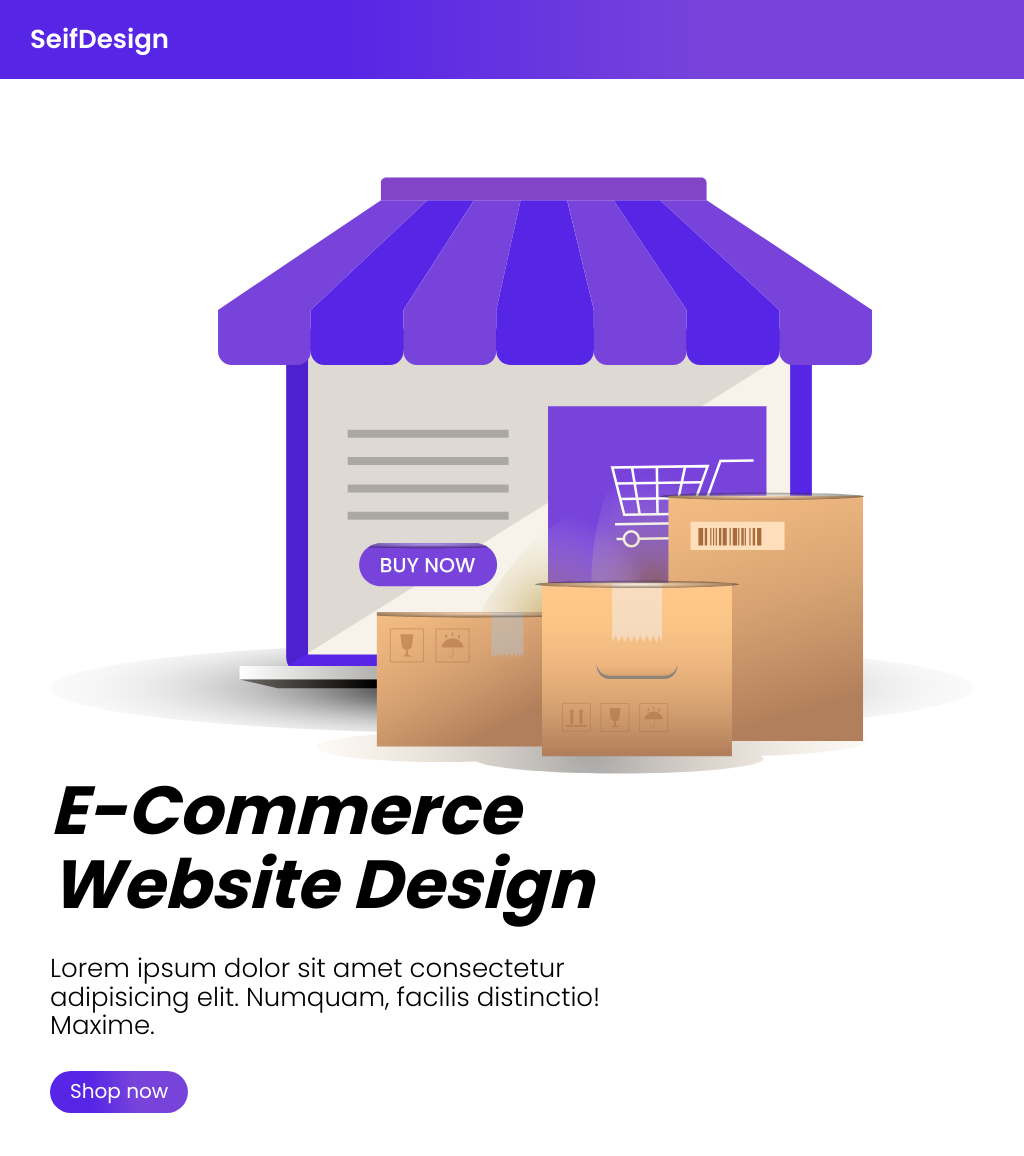
Repository: MehdiKerimov/figma-task-19
Page: pages/homePage/index.html
These files come from the project's save history. The page is drawn as it stood at one moment and after a run of saves; the edit follows.
The browser window is 1024 px wide. The pictures show the whole page.
The style sheet was rebuilt from its Sass, Less or Tailwind sources for each picture, by a compiler version that may differ from the author's.

Above is the page before, as saved 2024-01-20 15:36:13.

### pages/homePage/index.html
<!DOCTYPE html>
<html lang="en">
  <head>
    <meta charset="UTF-8" />
    <meta name="viewport" content="width=device-width, initial-scale=1.0" />
    <title>Document</title>
    <link rel="stylesheet" href="../../assets/css/reset.css" />
    <link rel="stylesheet" href="index.css" />
  </head>
  <body>
    <div class="container">
      <nav>
        <h1>SeifDesign</h1>
        <ul>
          <li>
                    <a href="">Product</a>

          </li>
          <li>
                    <a href="">Pricing</a>

          </li>
          <li>        <a href="">Contact</a>
</li>
        </ul>
        <button class="open-btn">
          <svg xmlns="http://www.w3.org/2000/svg" width="37" height="38" viewBox="0 0 37 38" fill="none">
            <rect y="9.5" width="37" height="3" rx="1.5" fill="#D9D9D9"/>
            <rect y="17.5" width="37" height="3" rx="1.5" fill="#D9D9D9"/>
            <rect y="25.5" width="37" height="3" rx="1.5" fill="#D9D9D9"/>
          </svg>
        </button>
      </nav>
      <main>
        <div class="left-container">
          <h2>E-Commerce Website Design</h2>
          <p>
            Lorem ipsum dolor sit amet consectetur adipisicing elit. Numquam,
            facilis distinctio! Maxime.
          </p>
          <button><a href="">Shop now</a></button>
        </div>

        <img src="../../assets/images/Group (3).svg" alt="" />
      </main>
    </div>
  </body>
</html>

### assets/css/reset.css
*{
    margin: 0;
    padding: 0;
    box-sizing: border-box;
}

button{
    border: none;
    background: none;
}
a{
    text-decoration: none;
}

### pages/homePage/index.scss
@import url("https://fonts.googleapis.com/css2?family=Poppins:wght@300;400;600;700&display=swap");
.container {
  min-height: 100vh;
  /* padding: 30px 30px 43px 30px; */
  nav {
    padding: 20px 30px;
    display: flex;
    justify-content: space-between;
    background: linear-gradient(270deg, #7743db 31.64%, #5725e5 66.78%);
    h1 {
      color: #fff;
      font-family: Poppins;
      font-size: 26px;
      font-style: normal;
      font-weight: 600;
      line-height: normal;
    }
    ul{
      display: flex;
      @media screen and (max-width:1024px) {
      display: none;;
      }
      a {
        text-decoration: none;
        margin-left: 200px;
        color: #fff;
        text-align: center;
        font-family: Poppins;
        font-size: 24px;
        font-style: normal;
        font-weight: 300;
        line-height: normal;
      }
    }
.open-btn{
display: none;
@media screen and (max-width:1024px) {
  flex-direction: column-reverse;
}
}
  }
  main {
    display: flex;
    padding: 98px 50px 43px 50px;
    @media screen and (max-width:1024px) {
      flex-direction: column-reverse;
    }
    h2 {
      width: 608px;
      font-family: Poppins;
      font-size: 68px;
      font-style: italic;
      font-weight: 700;
      line-height: 109%;
    }
    p {
      margin-top: 32px;
      margin-bottom: 32px;
      width: 608px;
      color: #000;
      font-family: Poppins;
      font-size: 26px;
      font-style: normal;
      font-weight: 300;
      line-height: 109%;
    }
    button {
      padding: 10px 20px;
      border-radius: 25px;
      background: linear-gradient(263deg, #7743db 38.81%, #5725e5 70.24%);
      a {
        color: #fff;
        font-family: Poppins;
        font-size: 20px;
        font-style: normal;
        font-weight: 400;
        line-height: 109%;
      }
    }
  }
}

After the next 2 saves:
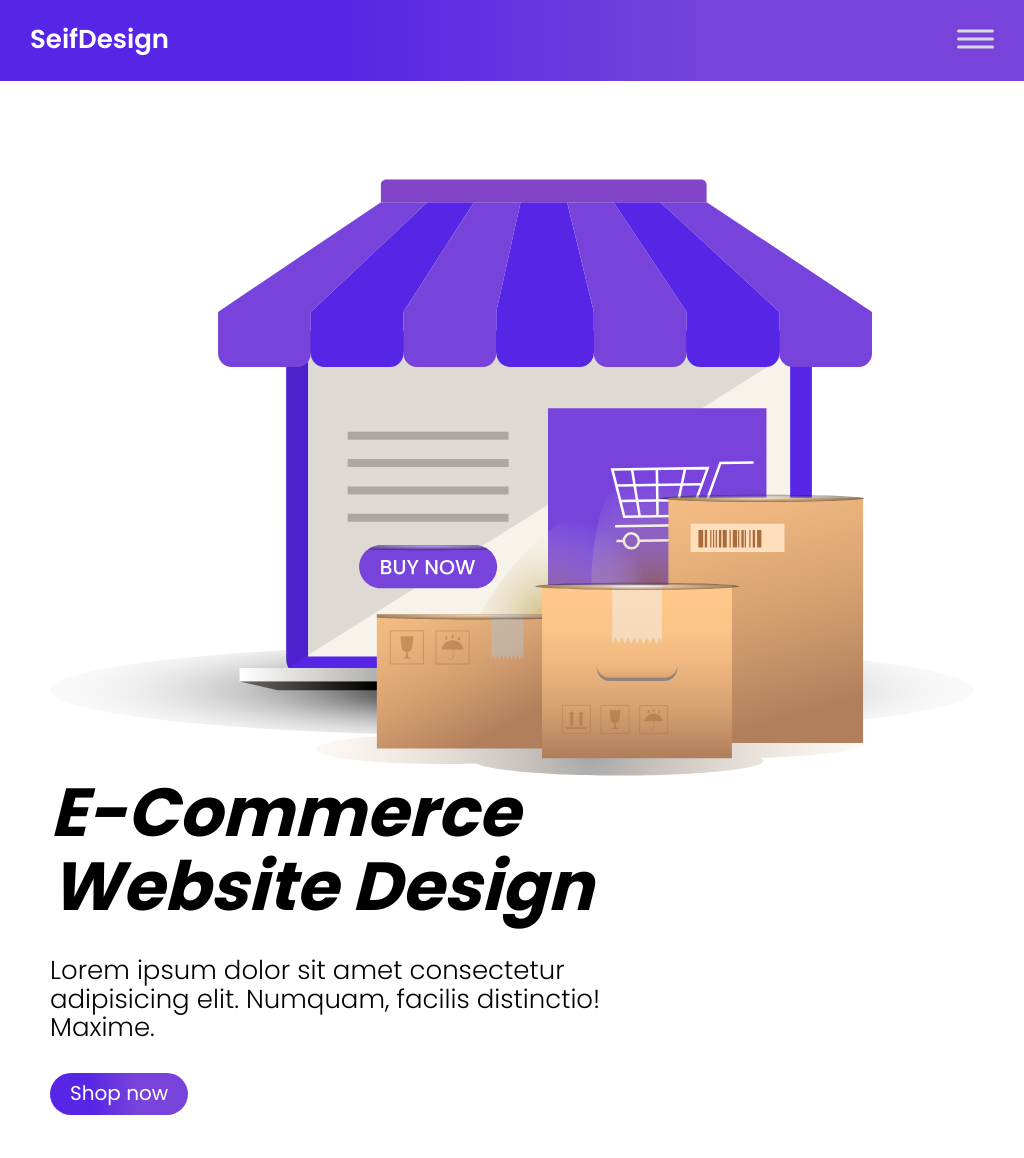
The 2 saves are shown as one change because they came seconds apart.
The last was saved 7 s later.
--- a/pages/homePage/index.scss
+++ b/pages/homePage/index.scss
@@ -35,7 +35,7 @@
 .open-btn{
 display: none;
 @media screen and (max-width:1024px) {
-  flex-direction: column-reverse;
+display: block;
 }
 }
   }
